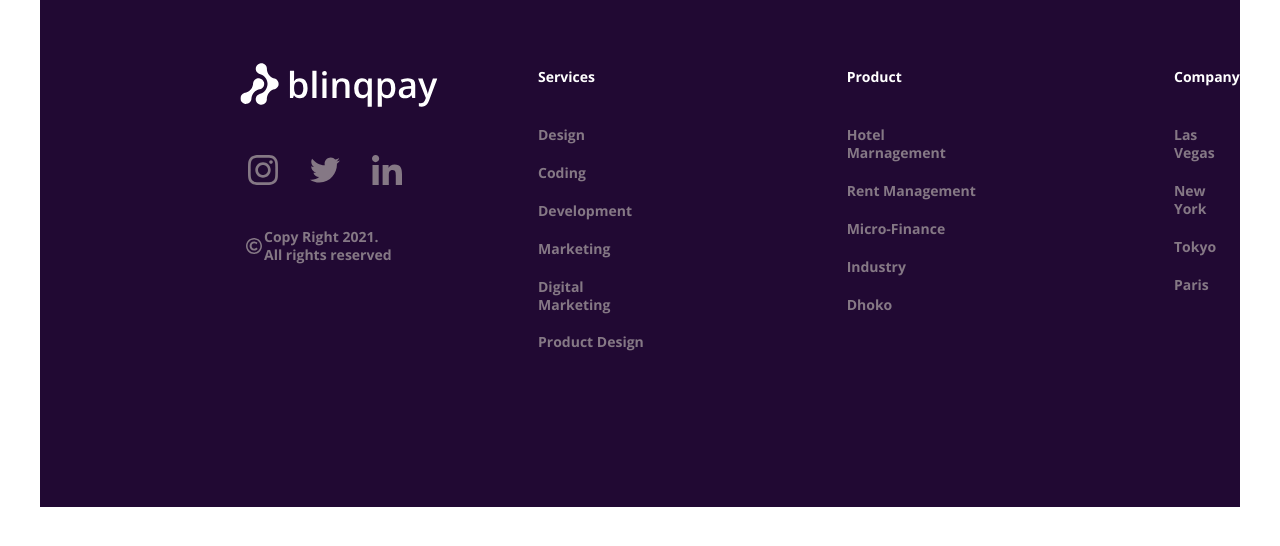
Repository: jabbarbergenoov/mobile-bling-py
Page: idnex.html
An editor plug-in stored every save of this project. The page is shown before and after a run of saves, followed by the edit.
The browser window is 1280 px wide. The pictures show the whole page.

Above is the page before, as saved 2025-04-17 19:02:27.

After the next 2 saves:
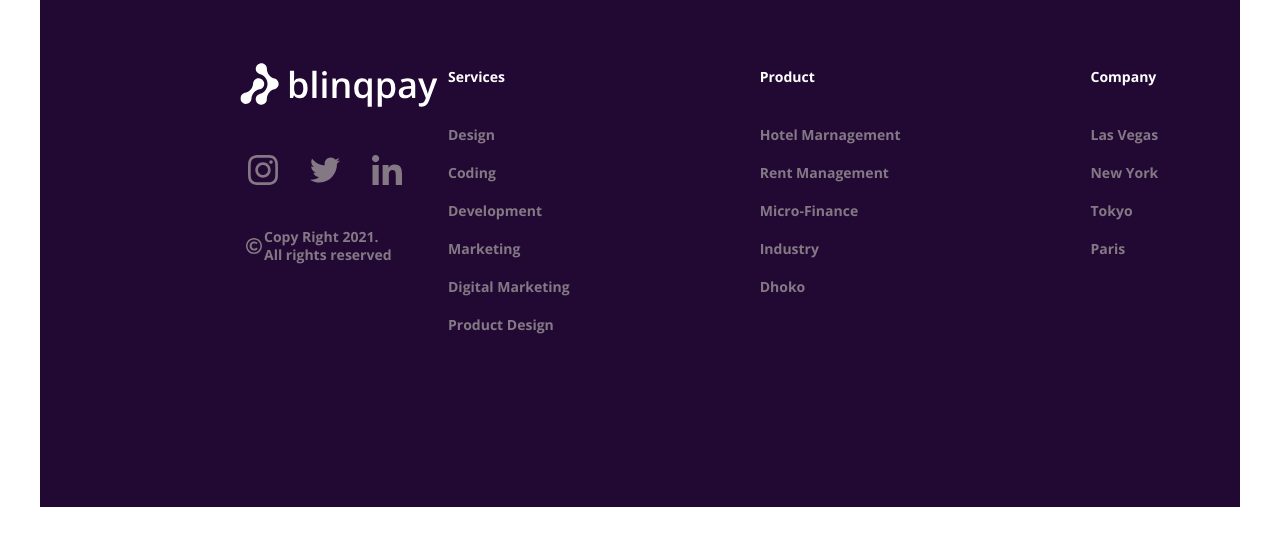
The 2 saves are shown as one change because they came seconds apart.
The last was saved 13 s later.
--- a/style/styl.css
+++ b/style/styl.css
@@ -15,7 +15,7 @@
     position: relative;
     bottom: 182px;
     display: flex;
-    gap: 100px;
+    gap: 10px;
   }
   .iimg {
     padding-top: 242px;
